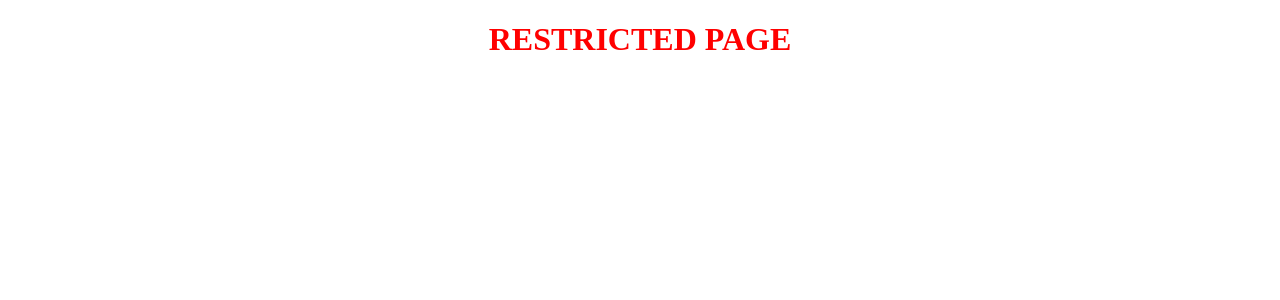
Repository: mdhadi89/dxc_javacodes
Page: http://localhost/hadiLoginApp/Restricted.jsp
These files come from the project's save history. The page is drawn as it stood at one moment and after the next save; the edit follows.
The browser window is 1280 px wide. The pictures show the whole page.
The page is served by Tomcat 9.

Above is the page before, as saved 2024-05-29 01:36:32.

After the next save:
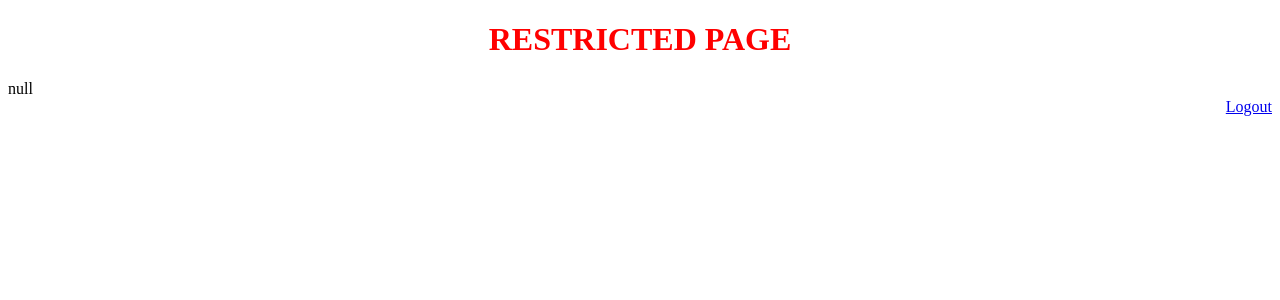
Saved 5 min 21 s later.
--- a/eclipse-workspace/hadiLoginApp/src/main/webapp/Restricted.jsp
+++ b/eclipse-workspace/hadiLoginApp/src/main/webapp/Restricted.jsp
@@ -8,5 +8,10 @@
 </head>
 <body>
 	<h1 style="color:red" align="center">RESTRICTED PAGE</h1>
+
+	<%=request.getAttribute("userName") %>
+
+<div style="text-align: right"><a href="<%=request.getContextPath()%>/LogoutServlet">Logout</a></div>
+
 </body>
 </html>
